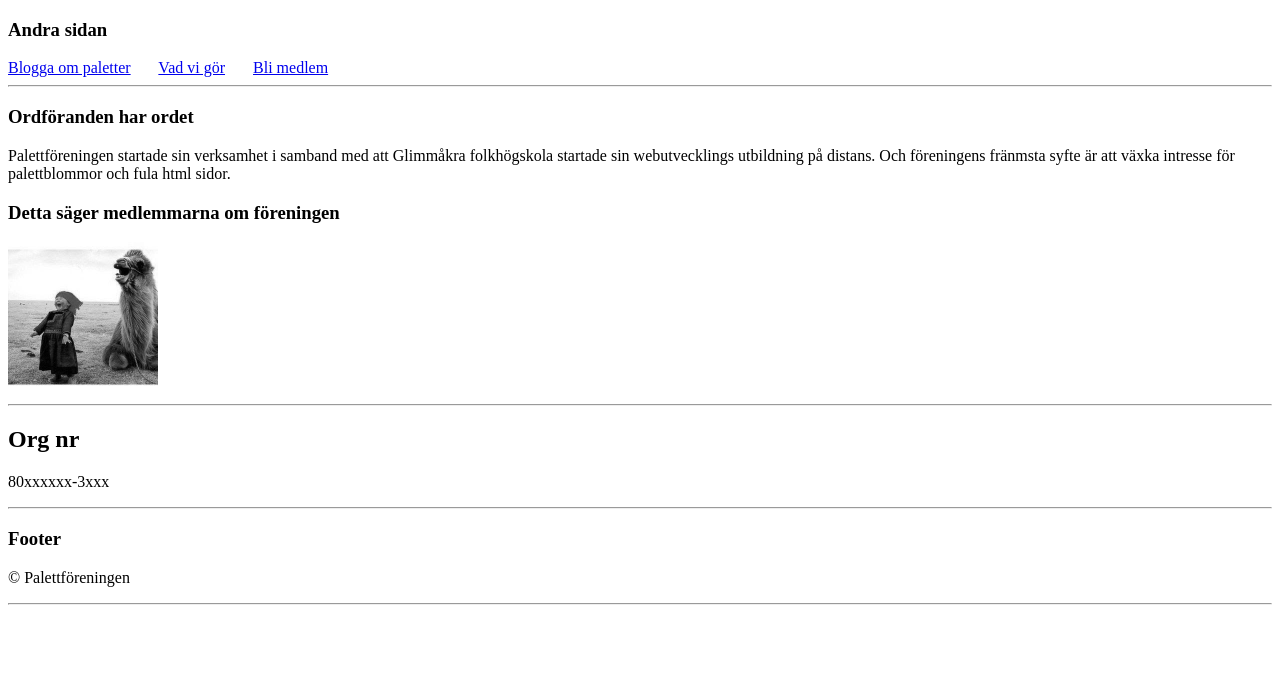
Repository: Webutveckling-20-21/Uppgift-1
Page: verksamheten.html
These files come from the project's save history. The page is drawn as it stood at one moment and after the next save; the edit follows.
The browser window is 1280 px wide. The pictures show the whole page.

Above is the page before, as saved 2021-09-07 12:07:26.

After the next save:
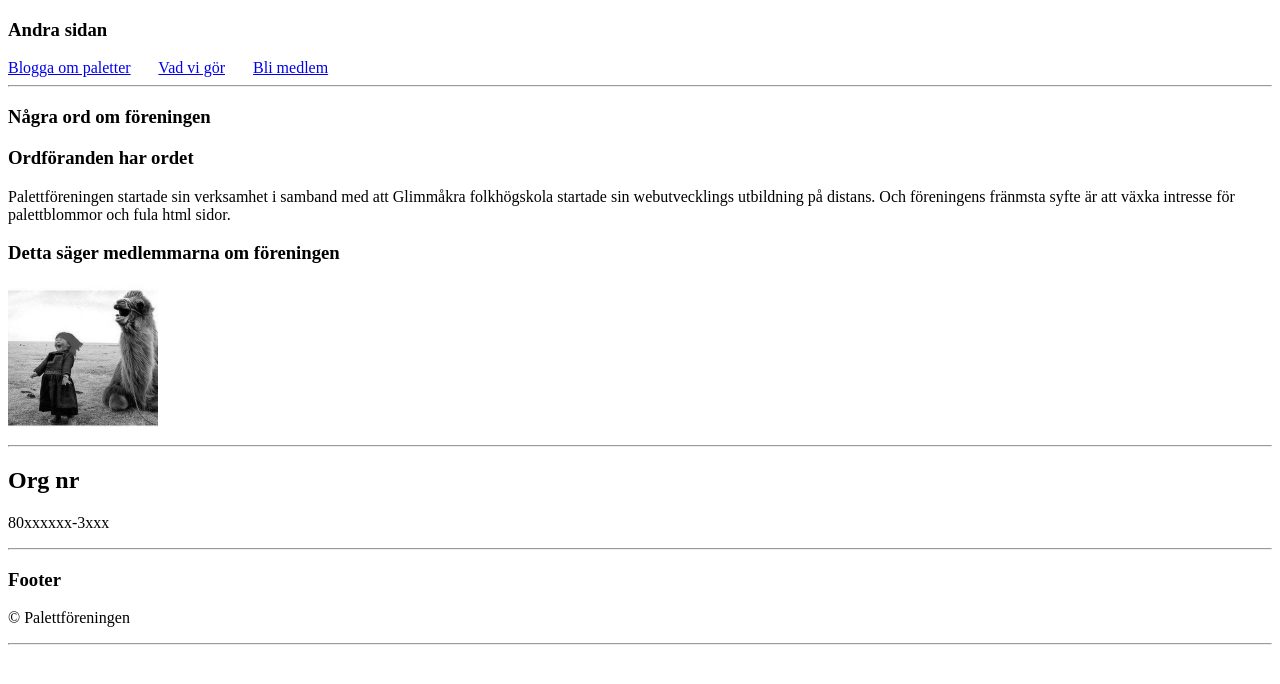
Saved 11 s later.
--- a/verksamheten.html
+++ b/verksamheten.html
@@ -20,7 +20,7 @@
     <hr>
     <main>
         <section>
-            <h3></h3>
+            <h3>Några ord om föreningen</h3>
          <article>
 
             <h3>Ordföranden har ordet</h3>

After the 6 saves that followed:
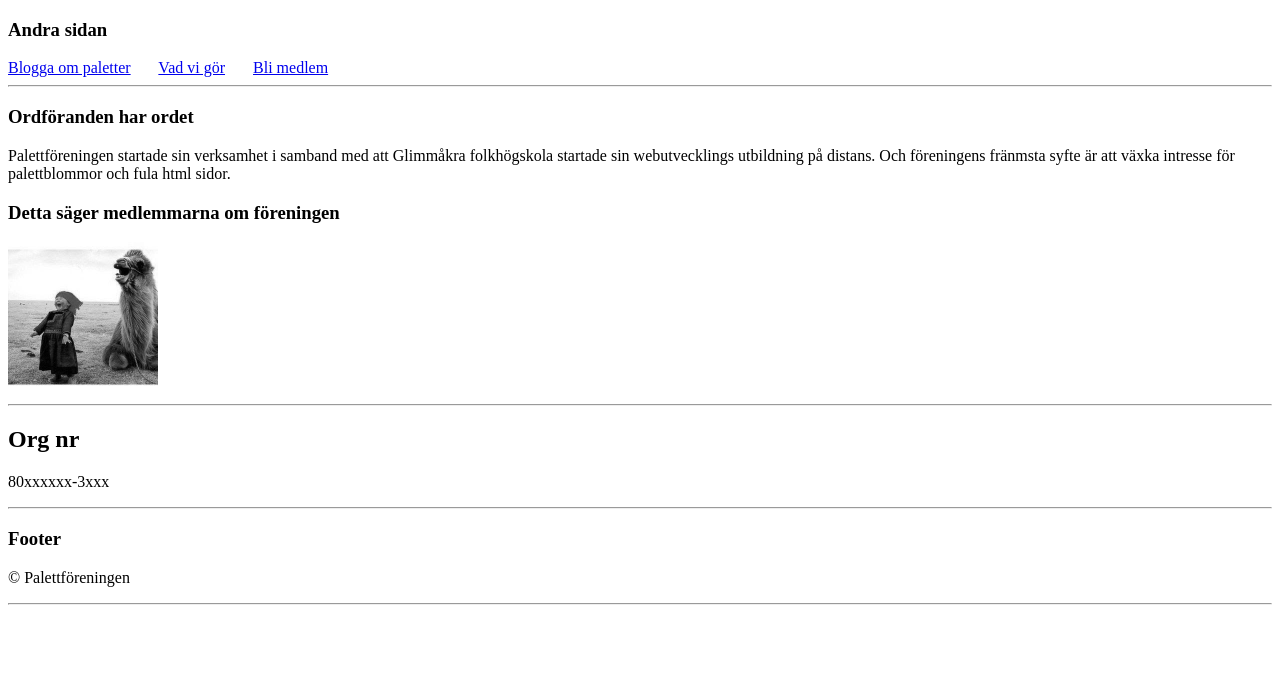
The 6 saves are shown as one change because 3 left the picture as it was and some came seconds apart.
The last was saved 109 s later.
--- a/verksamheten.html
+++ b/verksamheten.html
@@ -19,8 +19,8 @@
     </header>
     <hr>
     <main>
-        <section>
-            <h3>Några ord om föreningen</h3>
+
+
          <article>
 
             <h3>Ordföranden har ordet</h3>
@@ -33,11 +33,11 @@
 
             </article>
 
-            </section>
 
 
 
-            <img src="images/ordförande pa excursion.jpg" width="150" height="150" alt="Ordförande berättar." >
+
+            <img src="images/ordförande pa excursion.jpg" width="150" height="150" alt="Ordförande berättar.">
         </article>
 
     </main>
